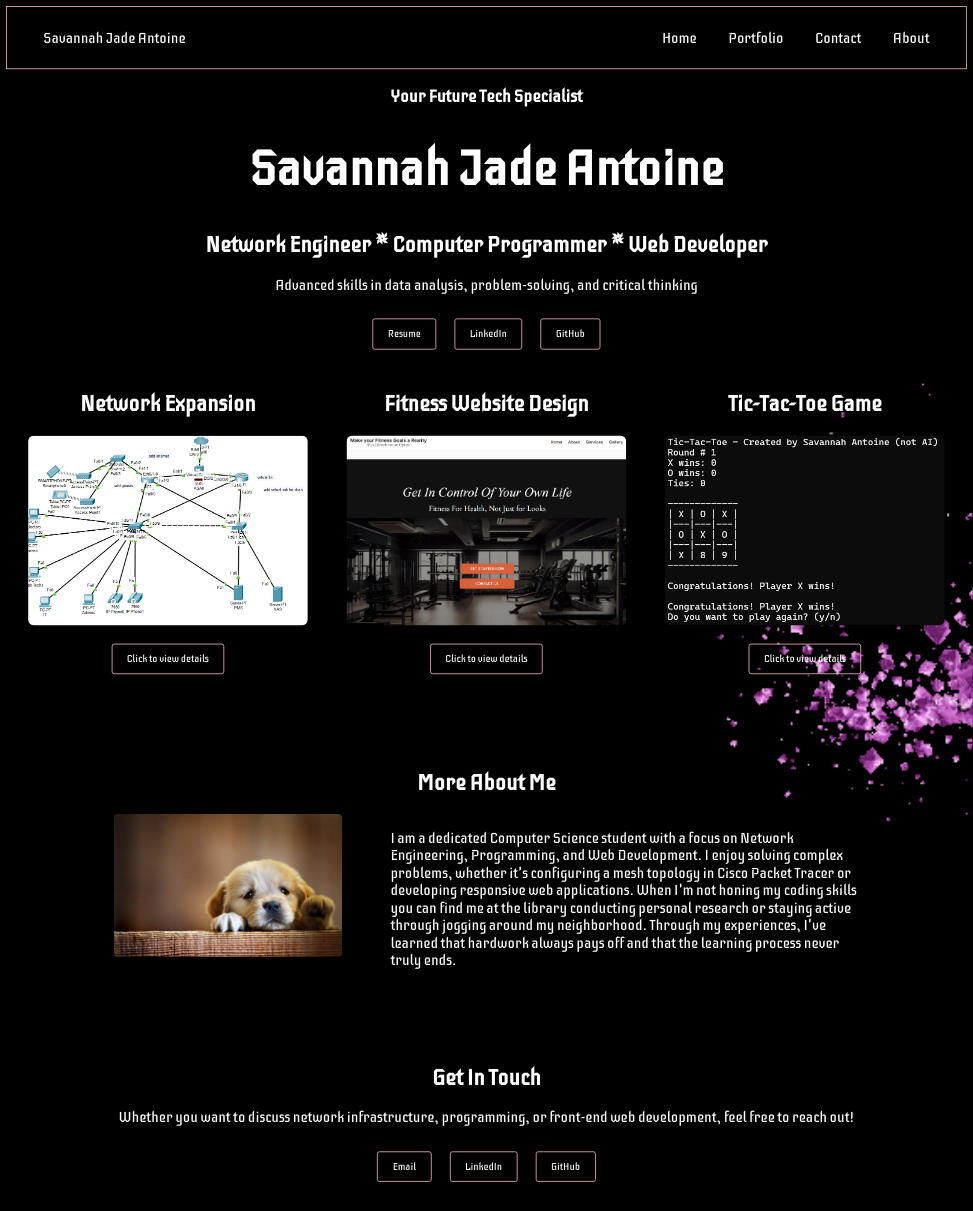
Repository: Savannah-Antoine/Savannah-Antoine
Page: index.html
An editor plug-in stored every save of this project. The page is shown before and after the next save, followed by the edit.
The browser window is 1280 px wide. The pictures show the whole page, at 76% of full size.
Backgrounds fixed to the window are drawn as part of the page.

Above is the page before, as saved 2026-05-16 02:33:30.

After the next save:
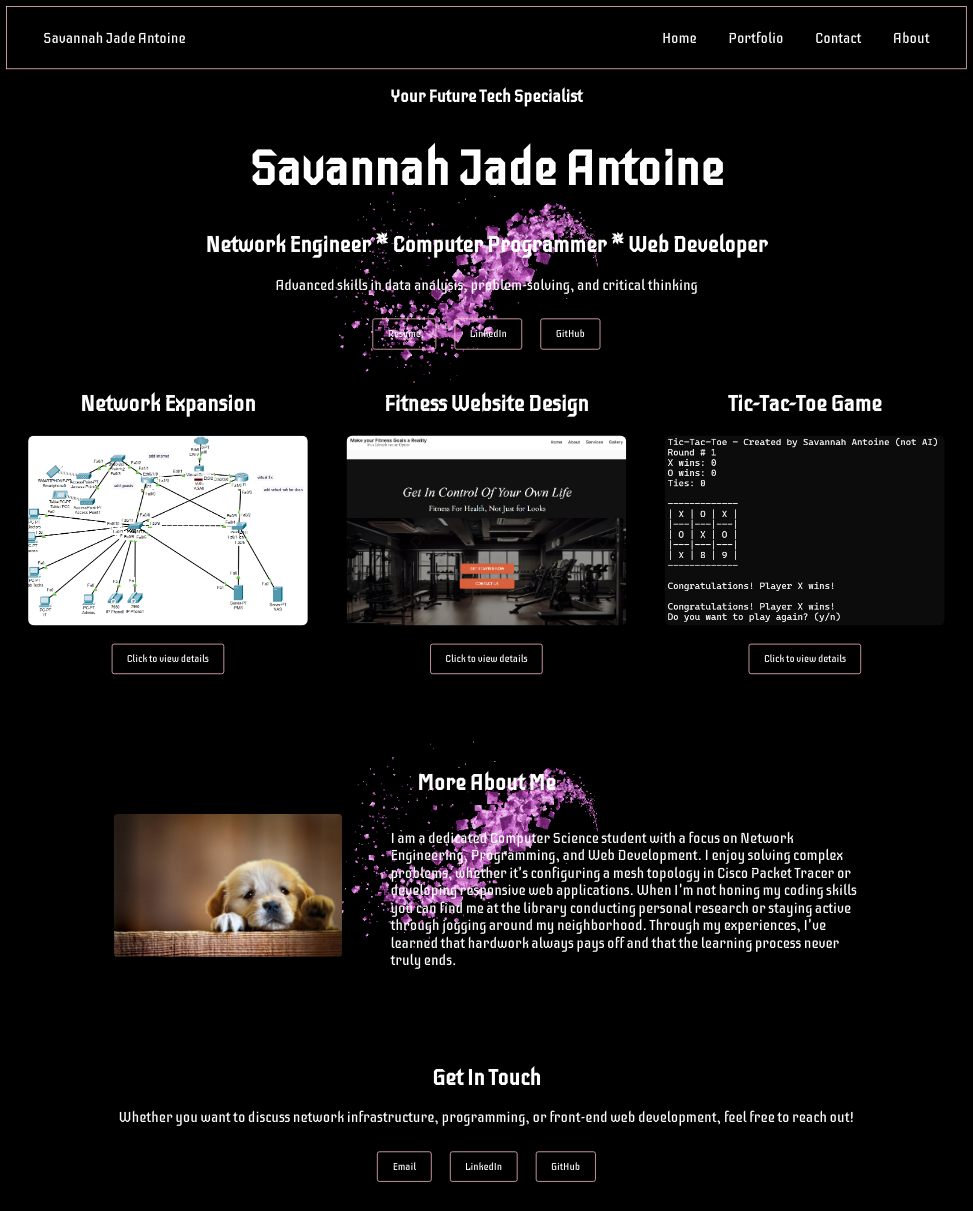
Saved 3 min 7 s later.
--- a/styles/globals.css
+++ b/styles/globals.css
@@ -9,6 +9,9 @@ body {
   background-image: url(../assets/images/background-pic.gif);
   background-repeat: no-repeat;
   background-size: cover;
+  background-attachment: fixed;
+  background-position: center;
+  min-height: 100vh;
   color: white;
   font-size: 1rem;
   text-align: center;
